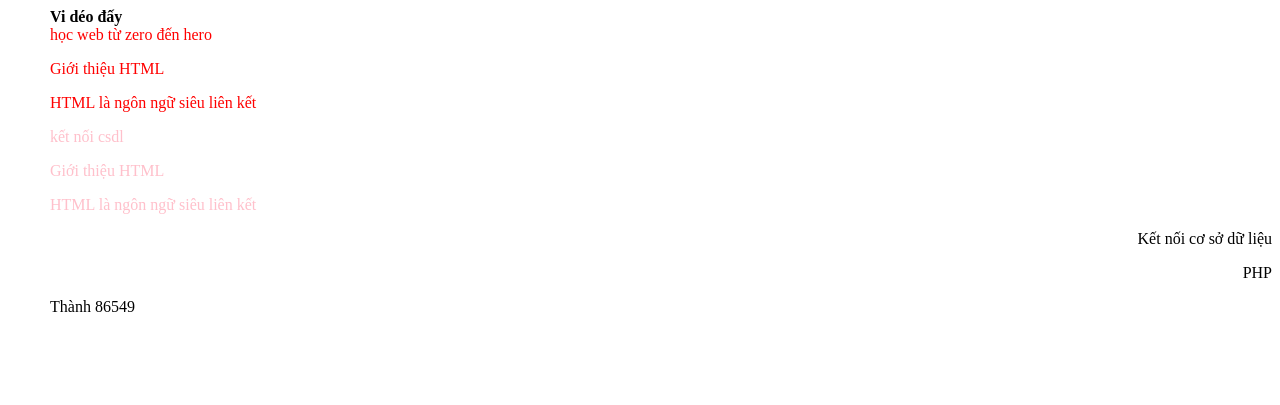
Repository: thanhp6868/ltWeb
Page: 2709.html
An editor plug-in stored every save of this project. The page is shown before and after the next save, followed by the edit.
The browser window is 1280 px wide. The pictures show the whole page.

Above is the page before, as saved 2023-09-27 13:43:50.

### 2709.html
<!DOCTYPE html>
<html lang="en">
<head>
    <meta charset="UTF-8">
    <link rel="stylesheet" href="style.css">
    <meta name="viewport" content="width=device-width, initial-scale=1.0">
    <title>chèn vi déo</title>
</head>
<body marginleft =0>
    <header>
        <b>Vi déo đấy</b>
    </header>
    <div>
        <font color="red">
            học web từ zero đến hero
            <P> Giới thiệu HTML
            <P> HTML là ngôn ngữ siêu liên kết</P>
        </font>
    </div>

    <div>
        <font color="pink">
            kết nối csdl
            <P> Giới thiệu HTML
            <P> HTML là ngôn ngữ siêu liên kết</P>
        </font>
    </div>
    <DIV align = right>
        Kết nối cơ sở dữ liệu
        <P>
            PHP
        </P>
    </DIV>

    <footer>
        Thành 86549
    </footer>

</body>
</html>

### style.css
body {
    margin-left: 50px;
}

After the next save:
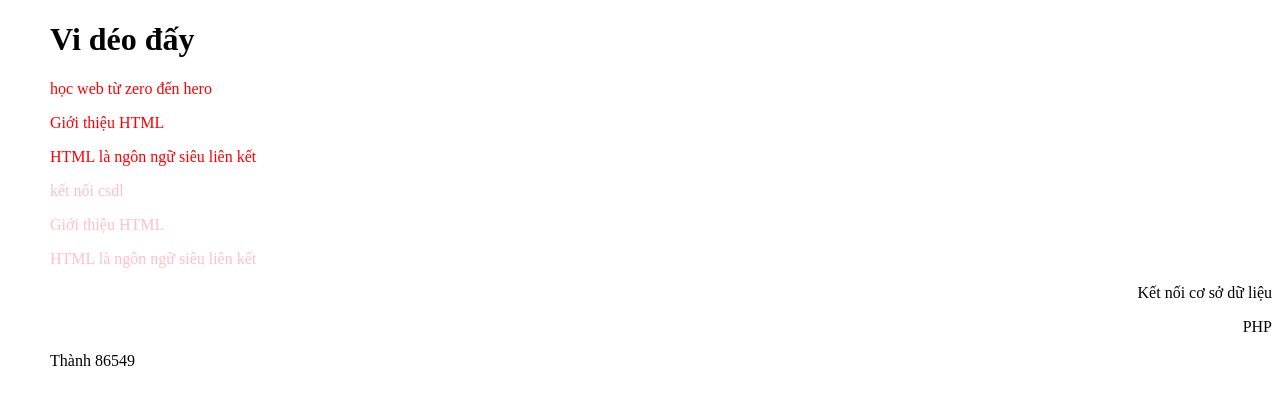
Saved 11 s later.
--- a/2709.html
+++ b/2709.html
@@ -8,7 +8,7 @@
 </head>
 <body marginleft =0>
     <header>
-        <b>Vi déo đấy</b>
+        <h1><b>Vi déo đấy</b></h1>
     </header>
     <div>
         <font color="red">
